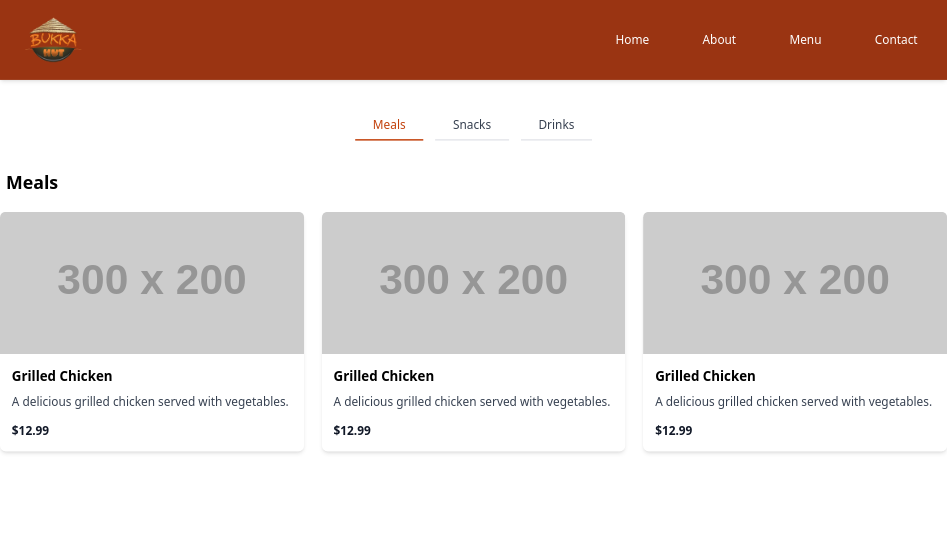
Repository: countaustin1990/BUKKAHUT
Page: Menu.html
These files come from the project's save history. The page is drawn as it stood at one moment and after the next save; the edit follows.
The browser window is 1280 px wide. The pictures show the whole page, at 74% of full size.
Some web libraries are served in a nearby version.

Above is the page before, as saved 2024-08-24 16:22:50.
Console error: TypeError: Cannot read properties of null (reading 'addEventListener')

### Menu.html
<!DOCTYPE html>
<html lang="en">
<head>
     <meta name="viewport" content="width=device-width, initial-scale=1.0">
    <meta property="Logo" content="./Logo.png" />

    <title>Bukka Hut</title>
    <link rel="stylesheet" href="style.css"/>
    <script src="https://cdn.tailwindcss.com"></script>
    <link rel="stylesheet" href="https://cdnjs.cloudflare.com/ajax/libs/font-awesome/6.0.0-beta3/css/all.min.css">
        <style>
        @keyframes scroll {
            0% {
                transform: translateX(0);
            }
            100% {
                transform: translateX(-150%);
            }
        }

        .animate-scroll {
            display: inline-flex;
            animation: scroll 15s linear infinite;
        }
    </style>
</head>
<body class="font-sans antialiased">
      <!-- Back to Top Button -->
    <button id="backToTop" class="fixed bottom-8 right-8 text-bold bg-orange-700 text-gray-800 p-4 rounded-full shadow-lg hover:bg-orange-600 transition-transform transform hover:scale-110 mb-3">
        <svg xmlns="http://www.w3.org/2000/svg" class="h-6 w-6 text-gray-800 mx-auto" fill="none" viewBox="0 0 24 24" stroke="currentColor" stroke-width="2">
            <path stroke-linecap="round" stroke-linejoin="round" d="M5 10l7-7m0 0l7 7m-7-7v18" />
        </svg> <!-- Upward arrow character -->
    </button>


    <!-- Navigation -->
  <nav class="shadow-md bg-orange-800">
    <div class="container mx-auto px-4 py-2 flex items-center justify-between">
      <div class="text-2xl font-bold text-blue-600">
        <a href="#" class="flex flex-col lg:flex-row items-center lg:space-x-8 p-4">
          <img src="Logo-r.png" alt="Bukka Hut" width="80">
          </a>
      </div>
      <div class="hidden md:flex space-x-6">
        <a href="index.html" class="text-white hover:bg-orange-600 py-4 px-6 rounded-lg ">Home</a>
        <a href="#" class="text-white hover:bg-orange-600 py-4 px-6 rounded-lg ">About</a>
        <a href="#" class="text-white hover:bg-orange-600 py-4 px-6 rounded-lg ">Menu</a>
        <a href="#" class="text-white hover:bg-orange-600 py-4 px-6 rounded-lg ">Contact</a>
      </div>
      <div class="md:hidden">
        <button id="menu-button" class="text-white focus:outline-none">
          <svg xmlns="http://www.w3.org/2000/svg" fill="none" viewBox="0 0 24 24" stroke="currentColor" class="w-6 h-6">
            <path stroke-linecap="round" stroke-linejoin="round" stroke-width="2" d="M4 6h16M4 12h16M4 18h16" />
          </svg>
        </button>
      </div>
    </div>

    <!-- Mobile Menu -->
    <div id="mobile-menu" class="hidden md:hidden bg-gray-900 shadow-md">
      <a href="#" class="block px-4 py-2 text-white hover:bg-orange-600">Home</a>
      <a href="#" class="block px-4 py-2 text-white hover:bg-orange-600">About</a>
      <a href="#" class="block px-4 py-2 text-white hover:bg-orange-600">Menu</a>
      <a href="#" class="block px-4 py-2 text-white hover:bg-orange-600">Contact</a>
    </div>
  </nav>
<!-- Tabs -->
<div class="container mx-auto py-10">
    <div class="flex justify-center mb-8">
        <button class="tab-btn text-orange-700 border-b-2 px-6 py-2 mx-2 focus:outline-none focus:border-b-4 border-orange-700" onclick="showTab('meals')">Meals</button>
        <button class="tab-btn text-gray-700 border-b-2 px-6 py-2 mx-2 focus:outline-none" onclick="showTab('snacks')">Snacks</button>
        <button class="tab-btn text-gray-700 border-b-2 px-6 py-2 mx-2 focus:outline-none" onclick="showTab('drinks')">Drinks</button>
    </div>

    <!-- Meals Tab -->
    <div id="meals" class="tab-content">
        <h2 class="text-2xl font-bold mb-4 p-2">Meals</h2>
        <div class="grid grid-cols-1 sm:grid-cols-2 lg:grid-cols-3 gap-6">
            <div class="bg-white shadow-md rounded-lg overflow-hidden">
                <img src="https://via.placeholder.com/300x200" alt="Meal" class="w-full h-48 object-cover">
                <div class="p-4">
                    <h3 class="text-lg font-bold mb-2">Grilled Chicken</h3>
                    <p class="text-gray-700">A delicious grilled chicken served with vegetables.</p>
                    <p class="text-gray-900 font-bold mt-4">$12.99</p>
                </div>
            </div>
            <!-- Add more meal cards as needed -->
             <div class="bg-white shadow-md rounded-lg overflow-hidden">
                <img src="https://via.placeholder.com/300x200" alt="Meal" class="w-full h-48 object-cover">
                <div class="p-4">
                    <h3 class="text-lg font-bold mb-2">Grilled Chicken</h3>
                    <p class="text-gray-700">A delicious grilled chicken served with vegetables.</p>
                    <p class="text-gray-900 font-bold mt-4">$12.99</p>
                </div>
            </div>
             <div class="bg-white shadow-md rounded-lg overflow-hidden">
   <img src="https://via.placeholder.com/300x200" alt="Meal" class="w-full h-48 object-cover">
   <div class="p-4">
     <h3 class="text-lg font-bold mb-2">Grilled Chicken</h3>
     <p class="text-gray-700">A delicious grilled chicken served with vegetables.</p>
     <p class="text-gray-900 font-bold mt-4">$12.99</p>
   </div>
 </div>
        </div>
    </div>

    <!-- Snacks Tab -->
    <div id="snacks" class="tab-content hidden">
        <h2 class="text-2xl font-bold mb-4 p-2">Snacks</h2>
        <div class="grid grid-cols-1 sm:grid-cols-2 lg:grid-cols-3 gap-6">
            <div class="bg-white shadow-md rounded-lg overflow-hidden">
                <img src="https://via.placeholder.com/300x200" alt="Snack" class="w-full h-48 object-cover">
                <div class="p-4">
                    <h3 class="text-lg font-bold mb-2">French Fries</h3>
                    <p class="text-gray-700">Crispy golden French fries.</p>
                    <p class="text-gray-900 font-bold mt-4">$4.99</p>
                </div>
            </div>
            <!-- Add more snack cards as needed -->
             <div class="bg-white shadow-md rounded-lg overflow-hidden">
                <img src="https://via.placeholder.com/300x200" alt="Snack" class="w-full h-48 object-cover">
                <div class="p-4">
                    <h3 class="text-lg font-bold mb-2">French Fries</h3>
                    <p class="text-gray-700">Crispy golden French fries.</p>
                    <p class="text-gray-900 font-bold mt-4">$4.99</p>
                </div>
            </div>
             <div class="bg-white shadow-md rounded-lg overflow-hidden">
                <img src="https://via.placeholder.com/300x200" alt="Snack" class="w-full h-48 object-cover">
                <div class="p-4">
                    <h3 class="text-lg font-bold mb-2">French Fries</h3>
                    <p class="text-gray-700">Crispy golden French fries.</p>
                    <p class="text-gray-900 font-bold mt-4">$4.99</p>
                </div>
                </div>
                <div class="bg-white shadow-md rounded-lg overflow-hidden">
                <img src="https://via.placeholder.com/300x200" alt="Snack" class="w-full h-48 object-cover">
                <div class="p-4">
                    <h3 class="text-lg font-bold mb-2">French Fries</h3>
                    <p class="text-gray-700">Crispy golden French fries.</p>
                    <p class="text-gray-900 font-bold mt-4">$4.99</p>
                </div>
            </div>
             <div class="bg-white shadow-md rounded-lg overflow-hidden">
                <img src="https://via.placeholder.com/300x200" alt="Snack" class="w-full h-48 object-cover">
                <div class="p-4">
                    <h3 class="text-lg font-bold mb-2">French Fries</h3>
                    <p class="text-gray-700">Crispy golden French fries.</p>
                    <p class="text-gray-900 font-bold mt-4">$4.99</p>
                </div>
                </div>
                <div class="bg-white shadow-md rounded-lg overflow-hidden">
                <img src="https://via.placeholder.com/300x200" alt="Snack" class="w-full h-48 object-cover">
                <div class="p-4">
                    <h3 class="text-lg font-bold mb-2">French Fries</h3>
                    <p class="text-gray-700">Crispy golden French fries.</p>
                    <p class="text-gray-900 font-bold mt-4">$4.99</p>
                </div>
            </div>
             <div class="bg-white shadow-md rounded-lg overflow-hidden">
                <img src="https://via.placeholder.com/300x200" alt="Snack" class="w-full h-48 object-cover">
                <div class="p-4">
                    <h3 class="text-lg font-bold mb-2">French Fries</h3>
                    <p class="text-gray-700">Crispy golden French fries.</p>
                    <p class="text-gray-900 font-bold mt-4">$4.99</p>
                </div>
                </div>
                <div class="bg-white shadow-md rounded-lg overflow-hidden">
                <img src="https://via.placeholder.com/300x200" alt="Snack" class="w-full h-48 object-cover">
                <div class="p-4">
                    <h3 class="text-lg font-bold mb-2">French Fries</h3>
                    <p class="text-gray-700">Crispy golden French fries.</p>
                    <p class="text-gray-900 font-bold mt-4">$4.99</p>
                </div>
            </div>
             <div class="bg-white shadow-md rounded-lg overflow-hidden">
                <img src="https://via.placeholder.com/300x200" alt="Snack" class="w-full h-48 object-cover">
                <div class="p-4">
                    <h3 class="text-lg font-bold mb-2">French Fries</h3>
                    <p class="text-gray-700">Crispy golden French fries.</p>
                    <p class="text-gray-900 font-bold mt-4">$4.99</p>
                </div>
                </div>
                <div class="bg-white shadow-md rounded-lg overflow-hidden">
                <img src="https://via.placeholder.com/300x200" alt="Snack" class="w-full h-48 object-cover">
                <div class="p-4">
                    <h3 class="text-lg font-bold mb-2">French Fries</h3>
                    <p class="text-gray-700">Crispy golden French fries.</p>
                    <p class="text-gray-900 font-bold mt-4">$4.99</p>
                </div>
            </div>
        </div>
    </div>

    <!-- Drinks Tab -->
    <div id="drinks" class="tab-content hidden">
        <h2 class="text-2xl font-bold mb-4 p-2">Drinks</h2>
        <div class="grid grid-cols-1 sm:grid-cols-2 lg:grid-cols-3 gap-6">
            <div class="bg-white shadow-md rounded-lg overflow-hidden">
                <img src="https://via.placeholder.com/300x200" alt="Drink" class="w-full h-48 object-cover">
                <div class="p-4">
                    <h3 class="text-lg font-bold mb-2">Lemonade</h3>
                    <p class="text-gray-700">Refreshing homemade lemonade.</p>
                    <p class="text-gray-900 font-bold mt-4">$3.99</p>
                </div>
            </div>
            <!-- Add more drink cards as needed -->
        </div>
    </div>
</div>

<script>
    function showTab(tabId) {
        // Hide all tab contents
        document.querySelectorAll('.tab-content').forEach(function(tabContent) {
            tabContent.classList.add('hidden');
        });

        // Remove focus border from all buttons
        document.querySelectorAll('.tab-btn').forEach(function(btn) {
            btn.classList.remove('border-gray-800');
        });

        // Show the selected tab and add border to the corresponding button
        document.getElementById(tabId).classList.remove('hidden');
        event.target.classList.add('border-gray-800');
    }
</script>
<script src="main.js"></script>

</body>
</html>

### style.css
/*CSS*/

#backToTop {
  z-index: 1000;
}

#home {
    height: 80svh;
}

#about {
    height: 40svh;
}

### main.js
const menuButton = document.getElementById('menu-button');
const mobileMenu = document.getElementById('mobile-menu');

menuButton.addEventListener('click', () => {
  mobileMenu.classList.toggle('hidden');
});

// Animate the scroll
const scrollContainer = document.querySelector('.animate-scroll');

function startScrolling() {
  const width = scrollContainer.scrollWidth;
  scrollContainer.style.animation = `scroll ${width / 100}s linear infinite`;
}

// Start the scroll animation once the DOM is fully loaded
window.addEventListener('load', startScrolling);

document.addEventListener("DOMContentLoaded", function() {
  function toggleText(buttonId, textId) {
    const button = document.getElementById(buttonId);
    const text = document.getElementById(textId);
    button.addEventListener("click", function(event) {
      event.preventDefault();
      if (text.classList.contains("hidden")) {
        text.classList.remove("hidden");
        button.textContent = "Read Less";
      } else {
        text.classList.add("hidden");
        button.textContent = "Read More";
      }
    });
  }

  toggleText("toggleButton4", "moreText4");
  toggleText("toggleButton1", "moreText1");
  toggleText("toggleButton2", "moreText2");
  toggleText("toggleButton3", "moreText3");
});


// JavaScript to handle "Back to Top" button visibility and functionality
const backToTopButton = document.getElementById('backToTop');

// Show button when scrolled down 100px from the top
window.addEventListener('scroll', () => {
  if (window.scrollY > 100) {
    backToTopButton.classList.remove('hidden');
  } else {
    backToTopButton.classList.add('hidden');
  }
});

// Smooth scroll to top when button is clicked
backToTopButton.addEventListener('click', () => {
  window.scrollTo({
    top: 0,
    behavior: 'smooth'
  });
});

After the next save:
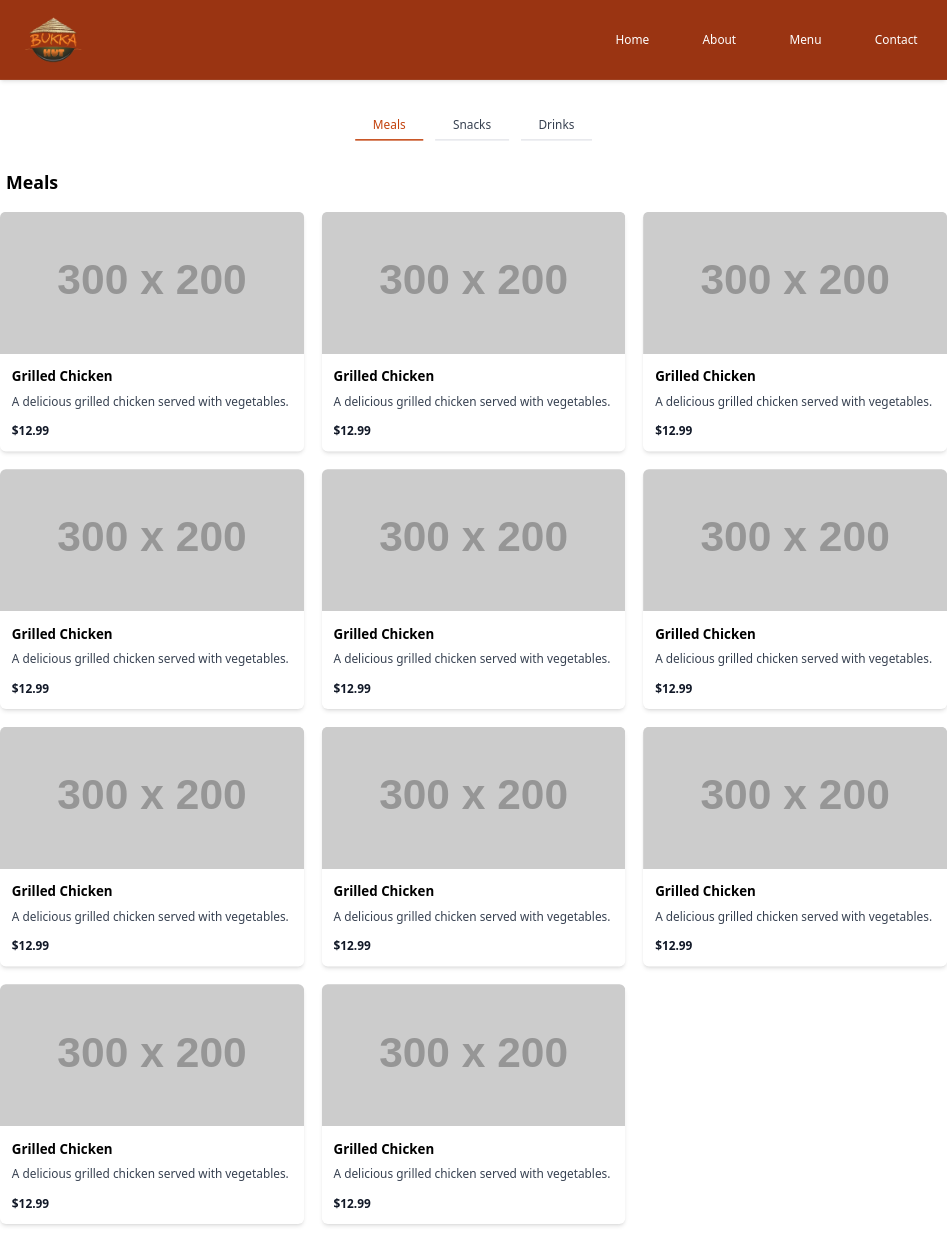
Saved 87 s later.
--- a/Menu.html
+++ b/Menu.html
@@ -92,15 +92,83 @@
                     <p class="text-gray-700">A delicious grilled chicken served with vegetables.</p>
                     <p class="text-gray-900 font-bold mt-4">$12.99</p>
                 </div>
-            </div>
-             <div class="bg-white shadow-md rounded-lg overflow-hidden">
-   <img src="https://via.placeholder.com/300x200" alt="Meal" class="w-full h-48 object-cover">
-   <div class="p-4">
-     <h3 class="text-lg font-bold mb-2">Grilled Chicken</h3>
-     <p class="text-gray-700">A delicious grilled chicken served with vegetables.</p>
-     <p class="text-gray-900 font-bold mt-4">$12.99</p>
-   </div>
- </div>
+                </div>
+                <div class="bg-white shadow-md rounded-lg overflow-hidden">
+                <img src="https://via.placeholder.com/300x200" alt="Meal" class="w-full h-48 object-cover">
+                <div class="p-4">
+                    <h3 class="text-lg font-bold mb-2">Grilled Chicken</h3>
+                    <p class="text-gray-700">A delicious grilled chicken served with vegetables.</p>
+                    <p class="text-gray-900 font-bold mt-4">$12.99</p>
+                </div>
+            </div>
+             <!-- Add more meal cards as needed -->
+             <div class="bg-white shadow-md rounded-lg overflow-hidden">
+                <img src="https://via.placeholder.com/300x200" alt="Meal" class="w-full h-48 object-cover">
+                <div class="p-4">
+                    <h3 class="text-lg font-bold mb-2">Grilled Chicken</h3>
+                    <p class="text-gray-700">A delicious grilled chicken served with vegetables.</p>
+                    <p class="text-gray-900 font-bold mt-4">$12.99</p>
+                </div>
+                </div>
+                <div class="bg-white shadow-md rounded-lg overflow-hidden">
+                <img src="https://via.placeholder.com/300x200" alt="Meal" class="w-full h-48 object-cover">
+                <div class="p-4">
+                    <h3 class="text-lg font-bold mb-2">Grilled Chicken</h3>
+                    <p class="text-gray-700">A delicious grilled chicken served with vegetables.</p>
+                    <p class="text-gray-900 font-bold mt-4">$12.99</p>
+                </div>
+            </div>
+             <!-- Add more meal cards as needed -->
+             <div class="bg-white shadow-md rounded-lg overflow-hidden">
+                <img src="https://via.placeholder.com/300x200" alt="Meal" class="w-full h-48 object-cover">
+                <div class="p-4">
+                    <h3 class="text-lg font-bold mb-2">Grilled Chicken</h3>
+                    <p class="text-gray-700">A delicious grilled chicken served with vegetables.</p>
+                    <p class="text-gray-900 font-bold mt-4">$12.99</p>
+                </div>
+                </div>
+                <div class="bg-white shadow-md rounded-lg overflow-hidden">
+                <img src="https://via.placeholder.com/300x200" alt="Meal" class="w-full h-48 object-cover">
+                <div class="p-4">
+                    <h3 class="text-lg font-bold mb-2">Grilled Chicken</h3>
+                    <p class="text-gray-700">A delicious grilled chicken served with vegetables.</p>
+                    <p class="text-gray-900 font-bold mt-4">$12.99</p>
+                </div>
+            </div>
+             <!-- Add more meal cards as needed -->
+             <div class="bg-white shadow-md rounded-lg overflow-hidden">
+                <img src="https://via.placeholder.com/300x200" alt="Meal" class="w-full h-48 object-cover">
+                <div class="p-4">
+                    <h3 class="text-lg font-bold mb-2">Grilled Chicken</h3>
+                    <p class="text-gray-700">A delicious grilled chicken served with vegetables.</p>
+                    <p class="text-gray-900 font-bold mt-4">$12.99</p>
+                </div>
+                </div>
+                <div class="bg-white shadow-md rounded-lg overflow-hidden">
+                <img src="https://via.placeholder.com/300x200" alt="Meal" class="w-full h-48 object-cover">
+                <div class="p-4">
+                    <h3 class="text-lg font-bold mb-2">Grilled Chicken</h3>
+                    <p class="text-gray-700">A delicious grilled chicken served with vegetables.</p>
+                    <p class="text-gray-900 font-bold mt-4">$12.99</p>
+                </div>
+            </div>
+             <!-- Add more meal cards as needed -->
+             <div class="bg-white shadow-md rounded-lg overflow-hidden">
+                <img src="https://via.placeholder.com/300x200" alt="Meal" class="w-full h-48 object-cover">
+                <div class="p-4">
+                    <h3 class="text-lg font-bold mb-2">Grilled Chicken</h3>
+                    <p class="text-gray-700">A delicious grilled chicken served with vegetables.</p>
+                    <p class="text-gray-900 font-bold mt-4">$12.99</p>
+                </div>
+                </div>
+                <div class="bg-white shadow-md rounded-lg overflow-hidden">
+                <img src="https://via.placeholder.com/300x200" alt="Meal" class="w-full h-48 object-cover">
+                <div class="p-4">
+                    <h3 class="text-lg font-bold mb-2">Grilled Chicken</h3>
+                    <p class="text-gray-700">A delicious grilled chicken served with vegetables.</p>
+                    <p class="text-gray-900 font-bold mt-4">$12.99</p>
+                </div>
+            </div>
         </div>
     </div>
 
